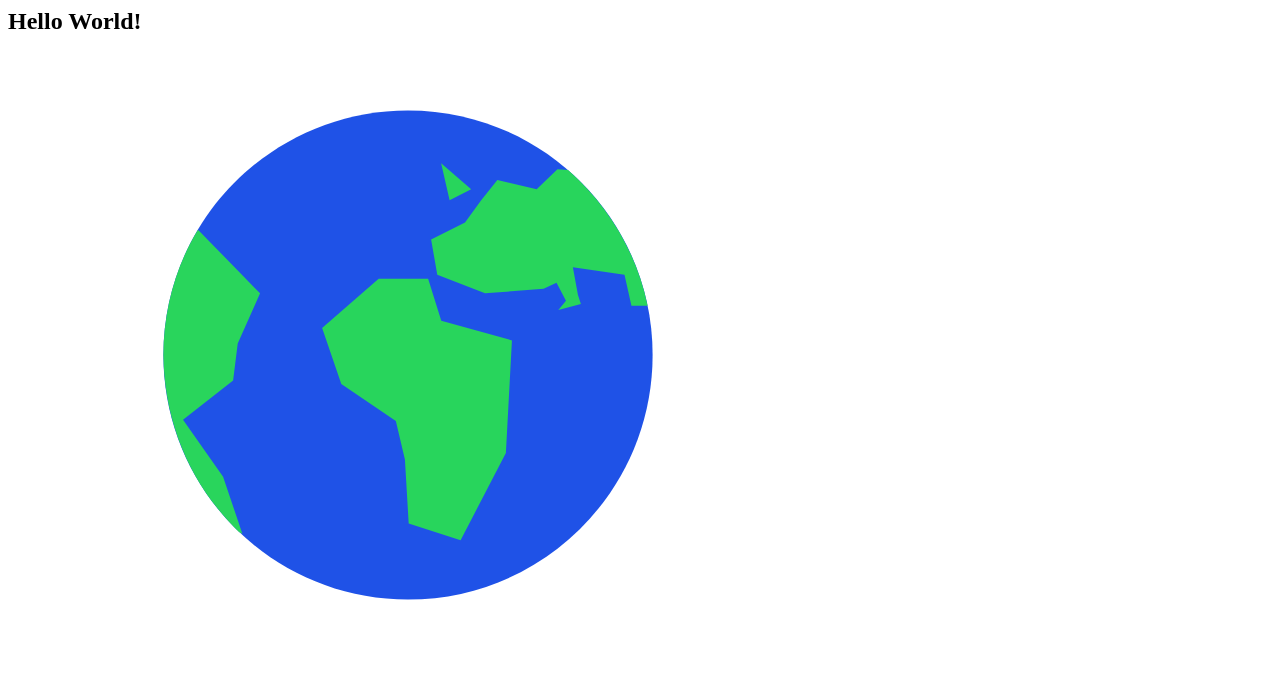
Repository: RafalSl/Java-Spring-Bootcamp-Excercises
Page: spring-jar-test/src/main/resources/static/index.html
These files come from the project's save history. The page is drawn as it stood at one moment and after the next save; the edit follows.
The browser window is 1280 px wide. The pictures show the whole page.

Above is the page before, as saved 2017-06-08 12:07:40.

After the next save:
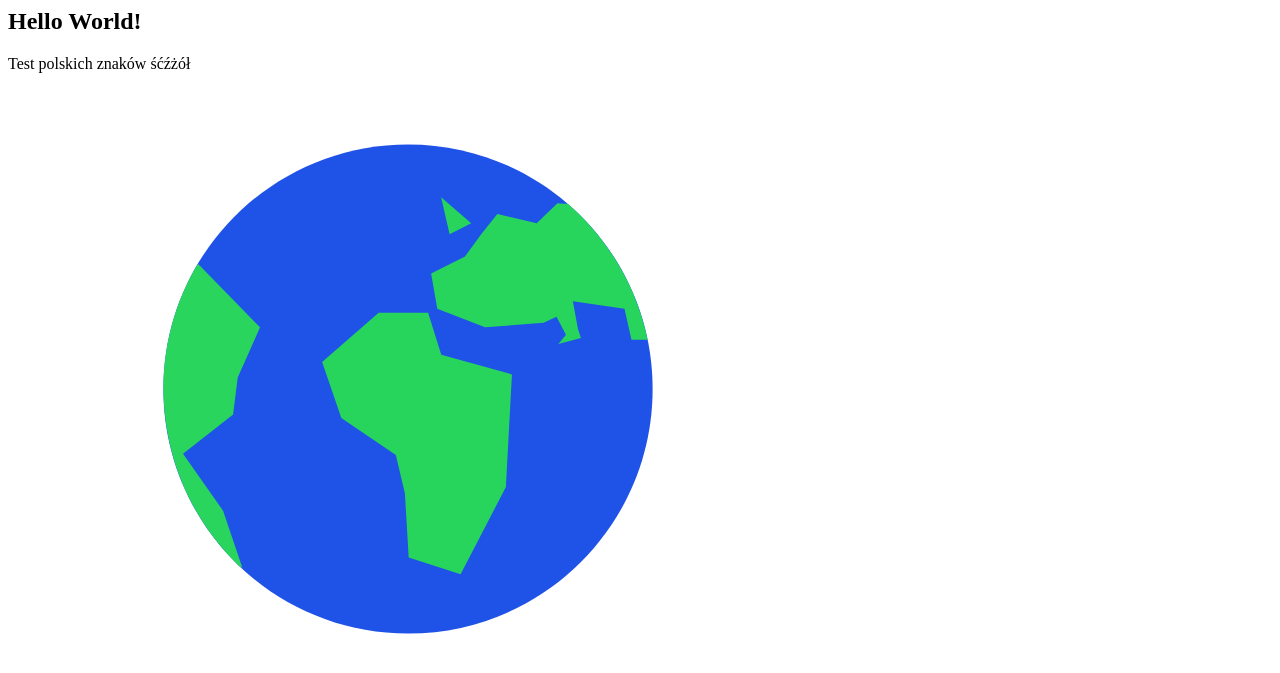
Saved 74 s later.
--- a/spring-jar-test/src/main/resources/static/index.html
+++ b/spring-jar-test/src/main/resources/static/index.html
@@ -4,6 +4,7 @@
 </head>
 <body>
 <h2>Hello World!</h2>
+<p>Test polskich znaków śćźżół</p>
 <img src="../static/world.svg"/>
 </body>
 </html>
